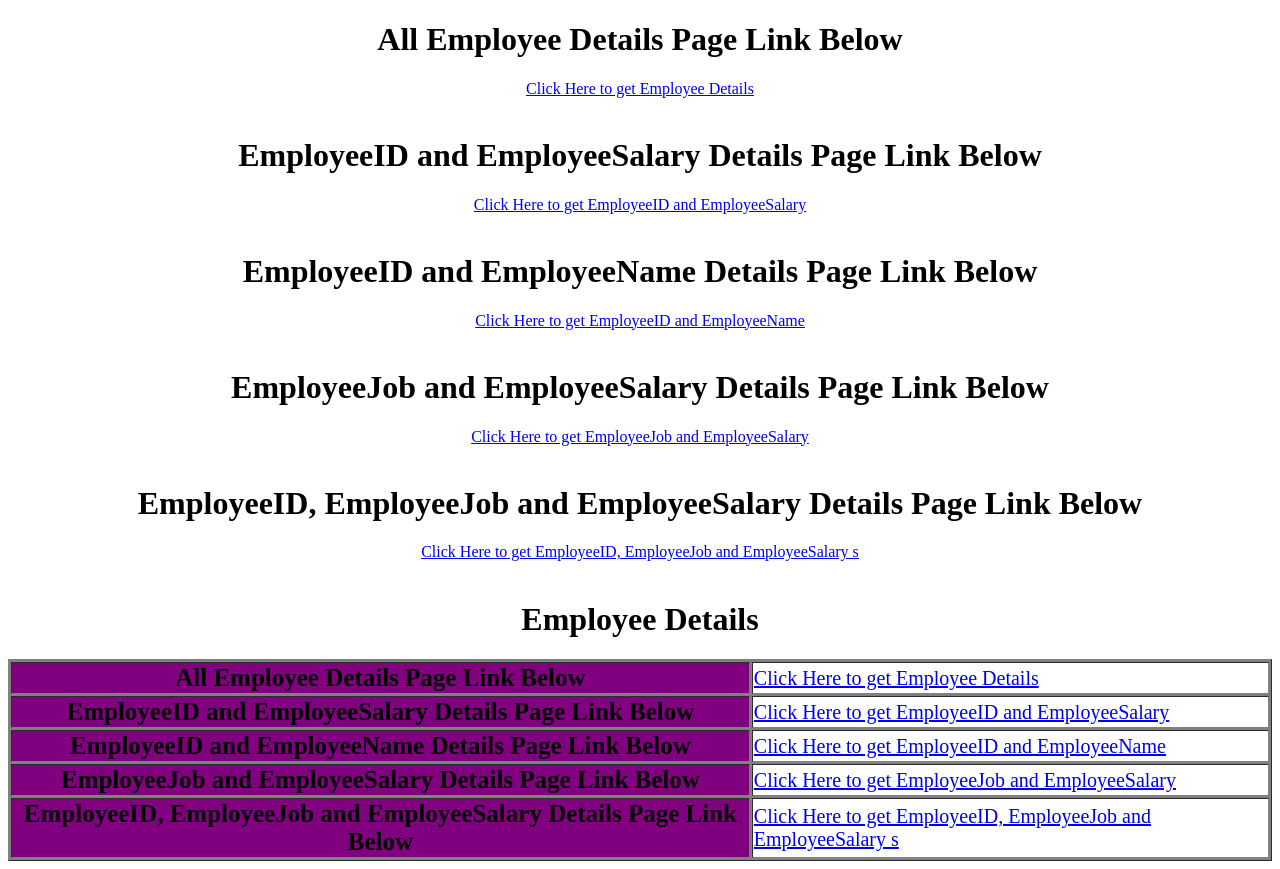
Repository: RhutujaBD/SpringMVCSession
Page: http://localhost/Spring-MVC-JDBCTemplate/WEB-INF/pages/home.jsp
An editor plug-in stored every save of this project. The page is shown before and after the next save, followed by the edit.
The browser window is 1280 px wide. The pictures show the whole page.
The page is served by Tomcat 9. Nobody is signed in. Other server files are loaded and not shown. The template is opened directly, without the code that normally fills it, so the values that code supplies are empty.

Above is the page before, as saved 2023-03-29 11:03:51.

### Spring-MVC-JDBCTemplate/src/main/webapp/WEB-INF/pages/home.jsp
<%@ page language="java" contentType="text/html; charset=ISO-8859-1"
	pageEncoding="ISO-8859-1"%>
<!DOCTYPE html>
<html>
<head>
<meta charset="ISO-8859-1">
<title>Insert title here</title>
</head>
<title>Employee Details</title>
<style>
      td{
        font-size: 20px;
        color: YELLOW;
        font-family: Times New Roman;
      }

      th{
        font-size: 25px;
        color: Black;
        font-family: ALGERIAN;
      }

    </style>
</head>
<body>
	<h1 align="center">All Employee Details Page Link Below</h1>
	<div align="center"><a href="list_employees.htm">Click Here to get Employee Details</a></div>
	<br />
	<h1 align="center">EmployeeID and EmployeeSalary Details Page Link Below</h1>
	<div align="center"><a href="list_id_sal.htm">Click Here to get EmployeeID and EmployeeSalary</a></div>
	<br />
	<h1 align="center">EmployeeID and  EmployeeName Details Page Link Below</h1>
	<div align="center"><a href="list_id_name.htm">Click Here to get EmployeeID and  EmployeeName</a></div>
	<br />
	<h1 align="center">EmployeeJob and EmployeeSalary Details Page Link Below</h1>
	<div align="center"><a href="list_job_sal.htm">Click Here to get EmployeeJob and EmployeeSalary</a></div>
	<br />
	<h1 align="center">EmployeeID, EmployeeJob and EmployeeSalary Details Page Link Below</h1>
	<div align="center"><a href="list_id_job_sal.htm">Click Here to get EmployeeID, EmployeeJob and EmployeeSalary s</a></div>
	<br />

	<h1 align="center">Employee Details</h1>
	<table border="1" bgcolor="grey" align="center">

		<tr bgcolor="purple" bordercolor="black">
			<th>All Employee Details Page Link Below</th>
			<td bgcolor="white"><a href="list_employees.htm">Click Here to get Employee Details</a></td>
		</tr>
		<tr bgcolor="purple" bordercolor="black">
			<th>EmployeeID and EmployeeSalary Details Page Link Below</th>
			<td bgcolor="white"><a href="list_id_sal.htm">Click Here to get EmployeeID and EmployeeSalary</a></td>
		</tr>
		<tr bgcolor="purple" bordercolor="black">
			<th>EmployeeID and  EmployeeName Details Page Link Below</th>
			<td bgcolor="white"><a href="list_id_name.htm">Click Here to get EmployeeID and  EmployeeName</a></td>
		</tr>
		<tr bgcolor="purple" bordercolor="black">
			<th>EmployeeJob and EmployeeSalary Details Page Link Below</th>
			<td bgcolor="white"><a href="list_job_sal.htm">Click Here to get EmployeeJob and EmployeeSalary</a></td>
		</tr>
		<tr bgcolor="purple" bordercolor="black">
			<th>EmployeeID, EmployeeJob and EmployeeSalary Details Page Link Below</th>
			<td bgcolor="white"><a href="list_id_job_sal.htm">Click Here to get EmployeeID, EmployeeJob and EmployeeSalary s</a></td>
		</tr>
	</table>

</body>
</html>

After the next save:
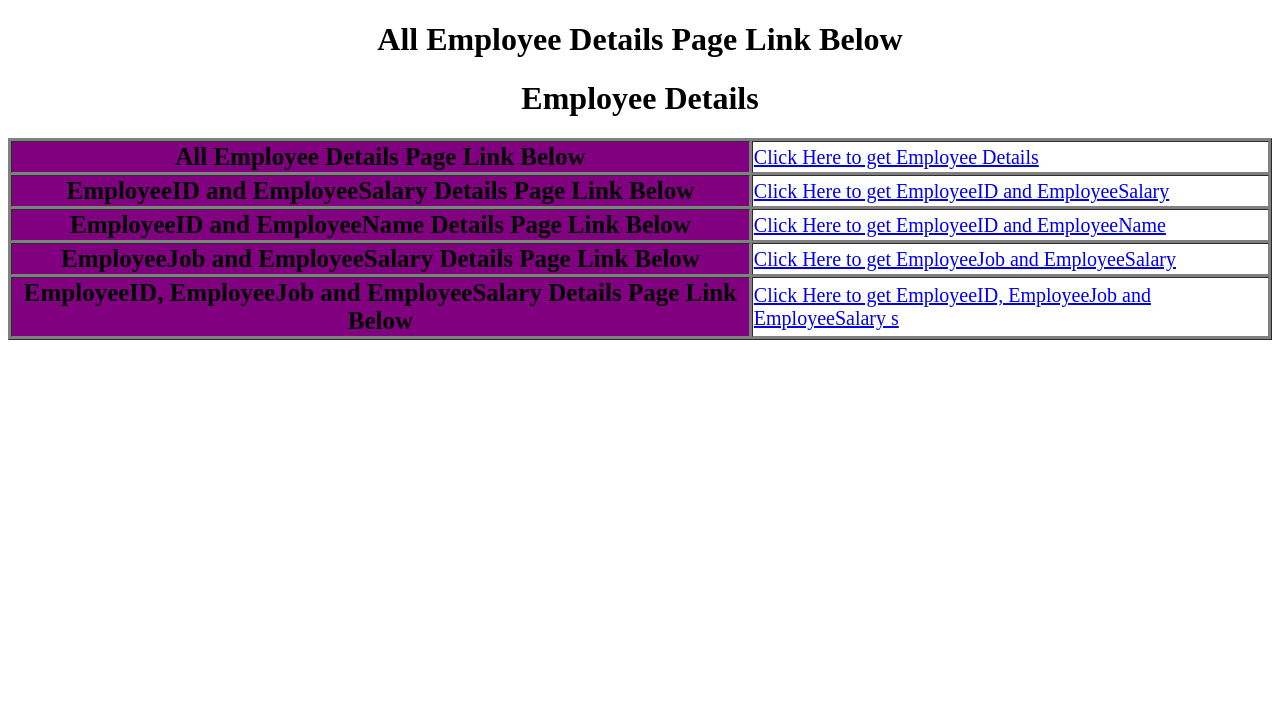
Saved 12 s later.
--- a/Spring-MVC-JDBCTemplate/src/main/webapp/WEB-INF/pages/home.jsp
+++ b/Spring-MVC-JDBCTemplate/src/main/webapp/WEB-INF/pages/home.jsp
@@ -24,20 +24,6 @@
 </head>
 <body>
 	<h1 align="center">All Employee Details Page Link Below</h1>
-	<div align="center"><a href="list_employees.htm">Click Here to get Employee Details</a></div>
-	<br />
-	<h1 align="center">EmployeeID and EmployeeSalary Details Page Link Below</h1>
-	<div align="center"><a href="list_id_sal.htm">Click Here to get EmployeeID and EmployeeSalary</a></div>
-	<br />
-	<h1 align="center">EmployeeID and  EmployeeName Details Page Link Below</h1>
-	<div align="center"><a href="list_id_name.htm">Click Here to get EmployeeID and  EmployeeName</a></div>
-	<br />
-	<h1 align="center">EmployeeJob and EmployeeSalary Details Page Link Below</h1>
-	<div align="center"><a href="list_job_sal.htm">Click Here to get EmployeeJob and EmployeeSalary</a></div>
-	<br />
-	<h1 align="center">EmployeeID, EmployeeJob and EmployeeSalary Details Page Link Below</h1>
-	<div align="center"><a href="list_id_job_sal.htm">Click Here to get EmployeeID, EmployeeJob and EmployeeSalary s</a></div>
-	<br />
 
 	<h1 align="center">Employee Details</h1>
 	<table border="1" bgcolor="grey" align="center">
